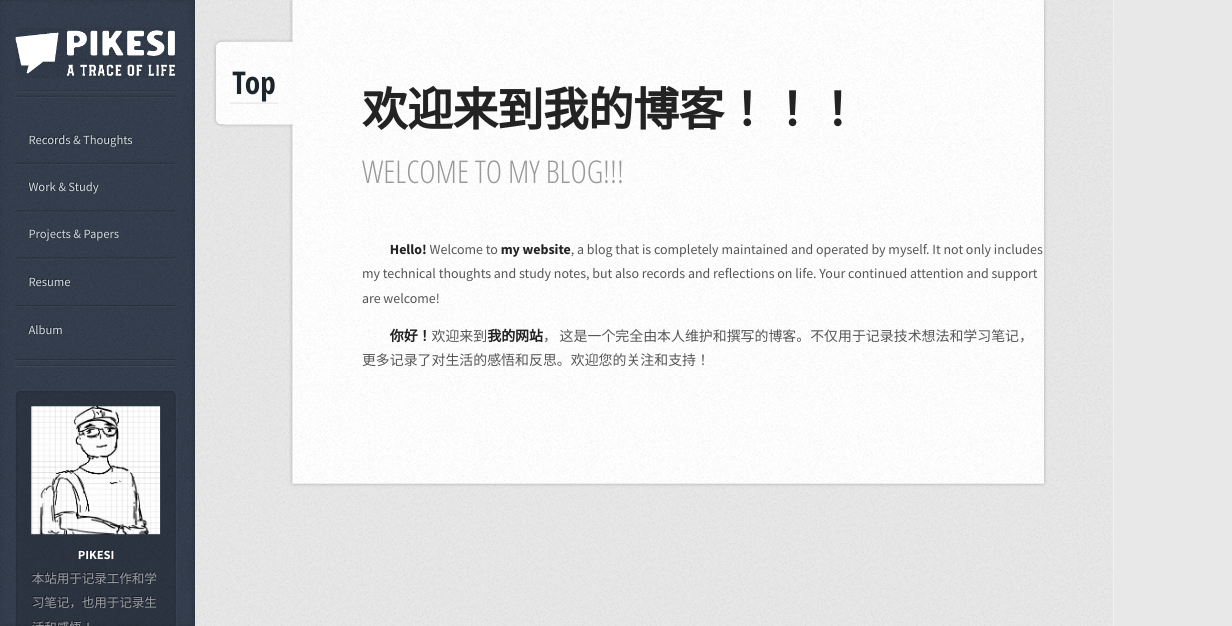
Repository: PiKesi522/PiKesi522.github.io
Page: index.html
These files come from the project's save history. The page is drawn as it stood at one moment and after the next save; the edit follows.
The browser window is 1280 px wide. The page is 1280 px wide, then 1416 px, so the pictures cover 1416 px, including what lies to the right of the window. The pictures show the whole page, at 87% of full size.
The page's requests for data from a server got no answer.

Above is the page before, as saved 2023-04-12 16:36:50.

### index.html
<!DOCTYPE HTML>
<!--
	Striped by HTML5 UP
	html5up.net | @ajlkn
	Free for personal and commercial use under the CCA 3.0 license (html5up.net/license)
-->
<html>

<head>
	<title>PiKesi's Home on the Internet</title>
	<meta charset="utf-8" />
	<meta name="viewport" content="width=device-width, initial-scale=1, user-scalable=no" />
	<link rel="stylesheet" href="assets/css/main.css" />
	<script>
		const folderUrl = "MainPage/";
		const xhr = new XMLHttpRequest();
		xhr.onreadystatechange = function () {
			if (this.readyState === 4 && this.status === 200) {
				const folderContent = xhr.responseText;
				const jpgFileRegex = /<a href="\/MainPage\/([^"]+\.jpg)"[^>]*>/g;
				const jpgFiles = folderContent.match(jpgFileRegex);
				const randomIndex = Math.floor(Math.random() * jpgFiles.length);
				const selectedJpgFile = decodeURIComponent(jpgFiles[randomIndex].replace(/.*\//, ""));
				const selectedJpgFilePath = folderUrl + encodeURIComponent(jpgFiles[randomIndex]);
				const featuredImageElement = $("<a></a>").attr("href", "/markdown/main.html?" + encodeURLParams({
					backgroundImage: selectedJpgFilePath,
					title: selectedJpgFile
				})).addClass("image featured");
				const imageElement = $("<img>").attr("src", selectedJpgFilePath).attr("alt", "");
				featuredImageElement.append(imageElement);
				$(".random-display").append(featuredImageElement);
			}
		};
		xhr.open("GET", folderUrl);
		xhr.send();
	</script>
</head>

<body class="is-preload">

	<!-- Content -->
	<div id="content">
		<div class="inner">

			<!-- 我的第一个博客 -->
			<article class="box post post-excerpt">
				<header>
					<h2>欢迎来到我的博客！！！</h2>
					<p>WELCOME TO MY BLOG!!!</p>
				</header>
				<div class="info">
					<span class="date">
						<span class="day">Top</span>
					</span>

				</div>
				<div class="random-display">
					<!-- <a class="image featured">
						<img width="1000px" height="500px" src="/MainPage/head.jpg" alt="" />
					</a>
					<div style="text-align: center; margin: 0 0 1.5em 0;">2021 于 <strong>上海 衡山路</strong></div> -->
				</div>
				<div style=" text-indent:2em">
					<strong>Hello!</strong> Welcome to <strong> my website</strong>,
					a blog that is completely maintained and operated by myself.
					It not only includes my technical thoughts and study notes,
					but also records and reflections on life.
					Your continued attention and support are welcome!
					<br>
				</div>
				<div style=" text-indent:2em; margin-top: 1em;">
					<strong>你好！</strong>欢迎来到<strong>我的网站</strong>，
					这是一个完全由本人维护和撰写的博客。不仅用于记录技术想法和学习笔记，
					更多记录了对生活的感悟和反思。欢迎您的关注和支持！
					<br>
				</div>
			</article>
		</div>
	</div>

	<!-- Sidebar -->
	<div id="sidebar">
		<script>
			fetch('/sidebar.html')
				.then(response => response.text())
				.then(data => {
					document.getElementById('sidebar').innerHTML = data;
				});
		</script>
	</div>

	<!-- Scripts -->
	<script src="assets/js/jquery.min.js"></script>
	<script src="assets/js/browser.min.js"></script>
	<script src="assets/js/breakpoints.min.js"></script>
	<script src="assets/js/util.js"></script>
	<script src="assets/js/main.js"></script>

</body>

</html>

### sidebar.html
<!-- Logo -->
<h1 id="logo">
    <a href="/index.html">
        <img style="width: 100%;" src="/assets/images/head1.png" alt="Logo">
        <!-- <div style="margin: 0.5em 0 0 0;">
					PiKesi
				</div> -->
    </a>
</h1>

<!-- Nav -->
<nav id="nav">
    <ul>
        <li><a href="/life.html">Records & Thoughts</a></li>
        <li><a href="/note.html">Work & Study</a></li>
        <li><a href="/projects.html">Projects & Papers</a></li>
        <li><a href="/resume.html">Resume</a></li>
        <li><a href="/photos.html">Album</a></li>
        <!-- <li><a href="#">Contact Me</a></li> -->
    </ul>
</nav>

<!-- Text -->
<section class="box text-style1">
    <div class="inner">
        <img style="width: 100%; margin: 0;" src="/assets/images/icon1.jpg" alt="Logo">
        <div style="text-align: center;">
            <strong> PIKESI </strong>
            <br />
            <!-- <strong> 爱 coding，更爱生活</strong> -->
        </div>
        <p>
            本站用于记录工作和学习笔记，也用于记录生活和感悟！
        </p>
        <div style="display: flex; justify-content: space-between; align-items: center;">
            <a style="float: left; flex: 1;" href="https://github.com/PiKesi522/PiKesi522.github.io/issues">提供建议</a>
            <!-- <span style="border-left: 10px black solid;" ></span> -->
            <a style="float: right;" href="https://github.com/PiKesi522/PiKesi522.github.io/issues">反馈问题</a>
        </div>
    </div>
</section>

Loaded but not shown: assets/js/jquery.min.js (library); assets/js/browser.min.js (common file); assets/js/breakpoints.min.js (common file); assets/css/fontawesome-all.min.css (library); assets/js/util.js (587 lines, source omitted); assets/css/main.css (3019 lines, source omitted); public/assets/js/main.js (no copy from this time; the picture is the same without it)

After the next save:
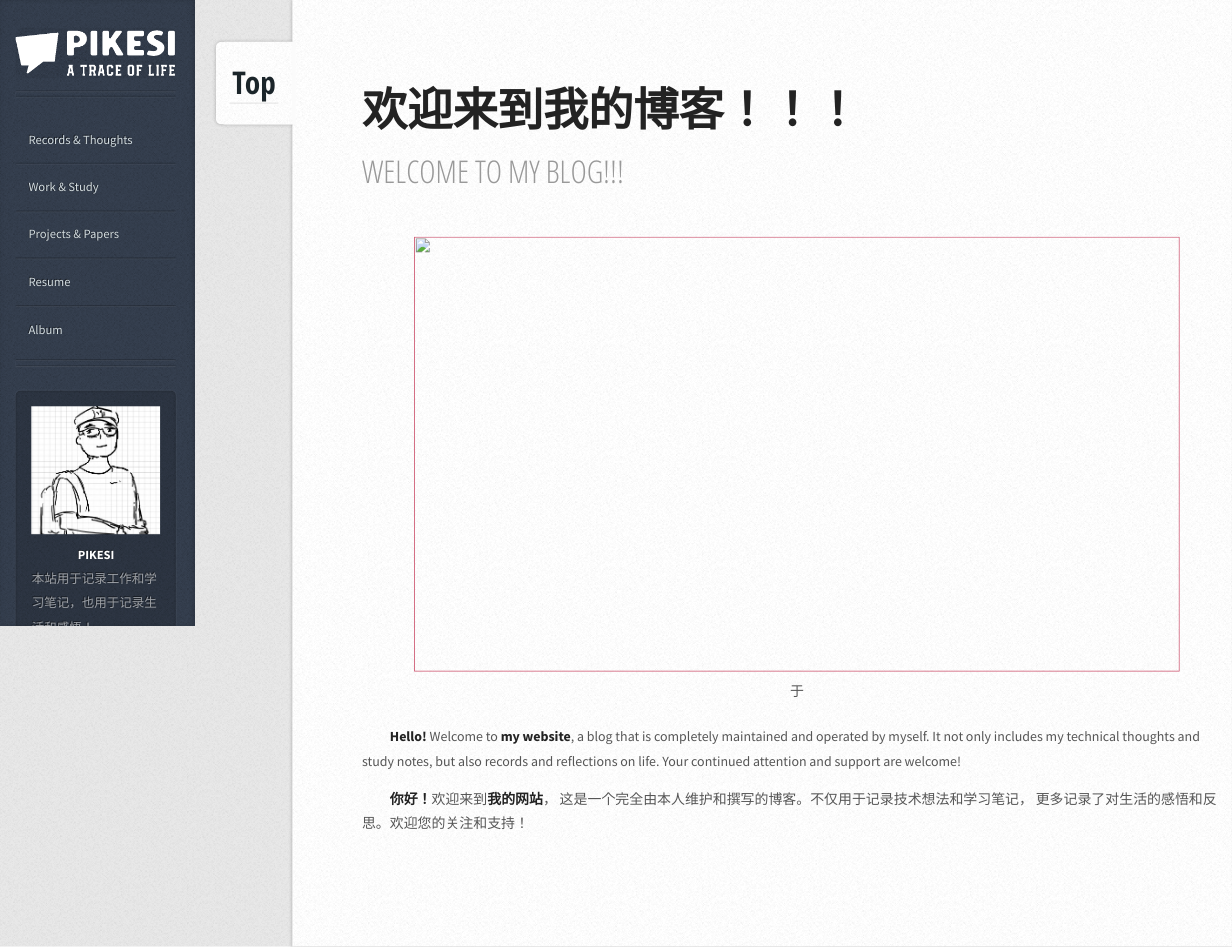
Saved 70 s later.
--- a/index.html
+++ b/index.html
@@ -55,10 +55,11 @@
 
 				</div>
 				<div class="random-display">
-					<!-- <a class="image featured">
-						<img width="1000px" height="500px" src="/MainPage/head.jpg" alt="" />
+					<a class="image featured" href="">
+						<img width="1000px" height="500px" src="" alt="" />
 					</a>
-					<div style="text-align: center; margin: 0 0 1.5em 0;">2021 于 <strong>上海 衡山路</strong></div> -->
+					<div style="text-align: center; margin: 0 0 1.5em 0;"><span class="year"></span> 于 <strong><span
+								class="location"></span></strong></div>
 				</div>
 				<div style=" text-indent:2em">
 					<strong>Hello!</strong> Welcome to <strong> my website</strong>,
